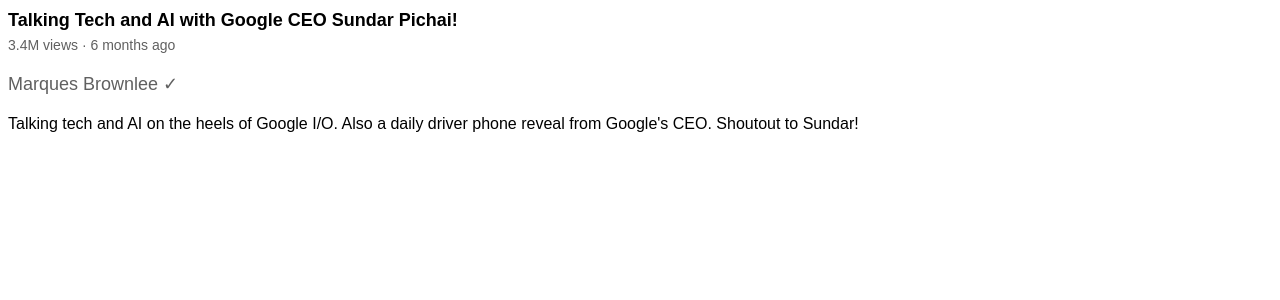
Repository: knowledgeAlan/html-css-five
Page: text.html
An editor plug-in stored every save of this project. The page is shown before and after the next save, followed by the edit.
The browser window is 1280 px wide. The pictures show the whole page.

Above is the page before, as saved 2024-02-28 19:06:35.

### text.html
<style>
    p{
        font-family: Arial;
        margin-top: 0;
        margin-bottom: 0;
    }

    .video-stats{
        font-size: 14px;
        color: rgb(96, 96, 96);
        margin-bottom: 20px;
    }

    .video-title {
        font-weight: bold;
        font-size: 18px;
        width: 280 px;
        line-height: 24px;
        margin-bottom: 5px ;
    }

    .video-author {
        font-size: 18px;
        color: rgb(96, 96, 96);
        margin-bottom: 20px ;
    }

    .video-description {
        font-size: 14px;
        color: rgb(96, 96, 96);
        width: 280px;
        line-height: 22px;
        margin-bottom: 100px;
    }


    .apple-text {
        margin-bottom: 50px;
        font-size: 14px;
        background-color: rgb(227, 65, 64);
        color: white;
        text-align: center;
        padding-top: 18px;
        padding-bottom: 18px;
    }


    .span-example {
        color:red;
    }

    .span-example:hover{
        text-decoration: underline;
    }

    .shop-link {
        cursor: pointer;
    }

    .shop-link:hover{
        text-decoration: underline;
    }

</style>


<p class="video-title">
    Talking Tech and AI with Google CEO Sundar Pichai!
</p>

<p class="video-stats">
    3.4M views &#183; 6 months ago
</p>


<p class="video-author">
    Marques Brownlee &#10003;
</p>

<p class="video-decription">
    Talking tech and AI on the heels of Google I/O. Also a daily driver phone reveal from Google's CEO. Shoutout to Sundar!
</p>

After the next save:
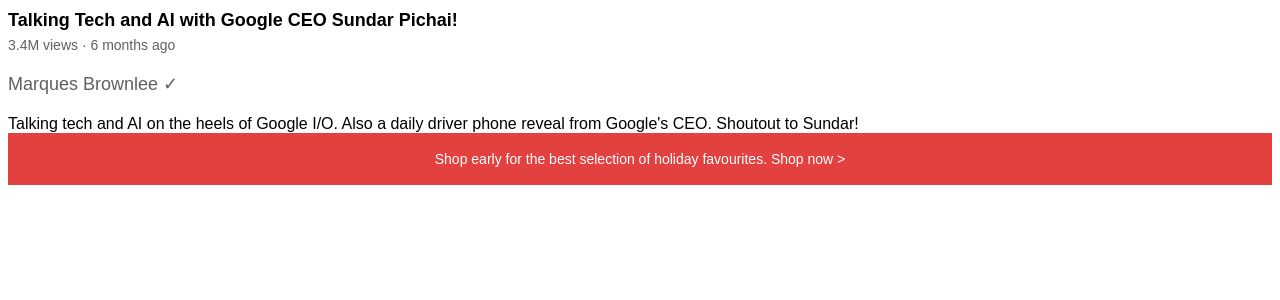
Saved 24 s later.
--- a/text.html
+++ b/text.html
@@ -80,3 +80,7 @@
 <p class="video-decription">
     Talking tech and AI on the heels of Google I/O. Also a daily driver phone reveal from Google's CEO. Shoutout to Sundar!
 </p>
+
+<p class="apple-text">
+    Shop early for the best selection of holiday favourites. <span class="shop-link">Shop now &#62;</span>
+</p>
